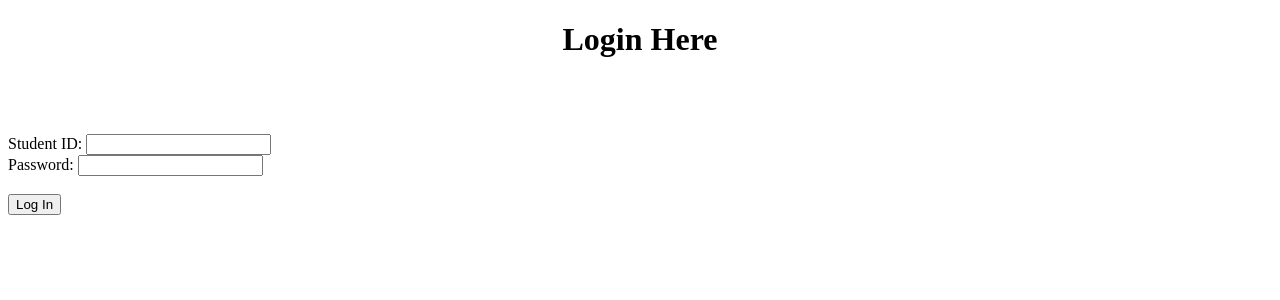
Repository: weshayutin/java258Online
Page: http://localhost/Week5Assignment2/ValidateUser.do
These files come from the project's save history. The page is drawn as it stood at one moment and after the next save; the edit follows.
The browser window is 1280 px wide. The pictures show the whole page.
The page is served by Tomcat 9. Other server files are loaded and not shown.

Above is the page before, as saved 2011-02-16 01:53:15.

### workspace/Week5Assignment2/WebContent/login.jsp
<%@ page import ="java.util.*" language="java" contentType="text/html; charset=UTF-8"
    pageEncoding="UTF-8"%>
<!DOCTYPE html PUBLIC "-//W3C//DTD HTML 4.01 Transitional//EN" "http://www.w3.org/TR/html4/loose.dtd">
<html>
<head>
<meta http-equiv="Content-Type" content="text/html; charset=UTF-8">
<title>Login Here</title>
</head>
<body>
<%
	String message = (String)request.getAttribute("message");
    if(message == null){
    }
    else{
		out.println("<br><b>"+message+"</b><br>");
    }

    String myRefferingPage = (String)session.getAttribute("page");
    if(myRefferingPage == null){
    }
    else{
		out.println("<br><b>"+myRefferingPage+"</b><br>");
		response.addHeader("page",myRefferingPage);
    }


%>

<%
out.println("<h1 align=center> Login Here</h1>");
out.println("<br><br><br>");
out.println("<form action="+myRefferingPage+" method=POST>");
%>


<form action="ValidateUser.do" method="POST">
	Student ID: <input type="text" name="name"/><br>
	Password: <input type="password" name="password"/><br/><br/>

	 <input type="SUBMIT" value="Log In"/>
</form>
</body>
</html>

### workspace/Week5Assignment2/src/com/waketech/web/UserValidate.java
package com.waketech.web;

import java.io.IOException;
import java.net.URL;

import javax.servlet.RequestDispatcher;
import javax.servlet.ServletException;
import javax.servlet.http.Cookie;
import javax.servlet.http.HttpServlet;
import javax.servlet.http.HttpServletRequest;
import javax.servlet.http.HttpServletResponse;
import javax.servlet.http.HttpSession;

import com.waketech.schedule.College;
import com.waketech.schedule.FetchSchedule;
import com.waketech.schedule.UserTable;
import com.waketech.schedule.VerifyCookies;

/**
 * Servlet implementation class UserValidate
 */
public class UserValidate extends HttpServlet {
	private static final long serialVersionUID = 1L;

    /**
     * @see HttpServlet#HttpServlet()
     */
    public UserValidate() {
        super();
        // TODO Auto-generated constructor stub
    }

	/**
	 * @see HttpServlet#doGet(HttpServletRequest request, HttpServletResponse response)
	 */
	protected void doGet(HttpServletRequest request, HttpServletResponse response) throws ServletException, IOException {
		String uri = request.getRequestURI();
		System.out.println("requestURI =" +uri);

		HttpSession session = request.getSession();
		String username = (String) session.getAttribute("username");
		if(username == null){
			RequestDispatcher view =    request.getRequestDispatcher("login.jsp");
			view.forward(request,response);
		}
	}

	/**
	 * @see HttpServlet#doPost(HttpServletRequest request, HttpServletResponse response)
	 */
	protected void doPost(HttpServletRequest request, HttpServletResponse response) throws ServletException, IOException {
		HttpSession session = request.getSession();
		Cookie cookie;
		String myPage = request.getParameter("mypage");
		System.out.println("myPage ="+myPage);

		String url =  new URL(request.getHeader("Referer")).getPath();
		System.out.println("url ="+url);
		String[] referer = url.split("/",-1);
		System.out.println("Referer ="+referer[2]);




		String name = request.getParameter("name");
		String password = request.getParameter("password");
		UserTable ut = new UserTable();
		String[][] result = null;

		VerifyCookies verify = new VerifyCookies();
		Cookie[] cookies = request.getCookies();
		String cn = verify.verifyThisCookie(cookies, session);
		System.out.println("cn ="+cn);

		try{
			System.out.println("session creation time="+session.getCreationTime());
			System.out.println("session page ="+session.getAttribute("page"));
		}
		catch(NullPointerException npe){
			System.out.println("session is new");
		}


		Cookie authenticated = ut.authenticateStudenID(name, password);
		if((authenticated == null)){
			System.out.println("LOGIN PAGE");
			//response.addHeader("message", "Login Failed");
			//response.setHeader("message2", "Login Failed2");
			request.setAttribute("message", "Login Failed");
			RequestDispatcher view =    request.getRequestDispatcher("login.jsp");
			view.forward(request,response);
			session.setAttribute("page", myPage);
		}

		else{
			//trying out plain sessions and cookies here
			System.out.println("session page = "+ session.getAttribute("page"));
			session.setAttribute("sessionname", name);

			cookie = new Cookie("cookiename",name);
			response.addCookie(authenticated);
			response.addCookie(cookie);

			if(session.getAttribute("page").equals("schedule")){
				FetchSchedule studentSchedule = new FetchSchedule();
				result = studentSchedule.getSchedule(name);
				College myCollege = (College)getServletContext().getAttribute("college");
				request.setAttribute("college", myCollege);
				String lastAddDate = getServletConfig().getInitParameter("lastAddDate");
				request.setAttribute("lastAddDate", lastAddDate);
				request.setAttribute("styles", result);
				RequestDispatcher view =    request.getRequestDispatcher("result.jsp");
				view.forward(request,response);
			}
			else if(session.getAttribute("page").equals("classcriteria")){
				RequestDispatcher view =    request.getRequestDispatcher("classcriteria.jsp");
				view.forward(request,response);
			}
			else if(session.getAttribute("page").equals("classdisplay")){
				RequestDispatcher view =    request.getRequestDispatcher("classdisplay.jsp");
				view.forward(request,response);
			}
			else{
				RequestDispatcher view =    request.getRequestDispatcher("menu.jsp");
				view.forward(request,response);
			}

		}


	}


	 protected void login(java.io.PrintWriter out, String uri) throws java.io.IOException {
		    out.println("<html>");
		    out.println("<head>");
		    out.println("<title>Login</title>");
		    out.println("<center><h2>Welcome! Please login</h2>");
		    out.println("<br><form method=POST action=\"" + uri + "\">");
		    out.println("<table>");
		    out.println("<tr><td>User ID:</td>");
		    out.println("<td><input type=text name=username size=30></td></tr>");
		    out.println("<tr><td>Password:</td>");
		    out.println("<td><input type=password name=password size=10></td></tr>");
		    out.println("</table><br>");
		    out.println("<input type=submit value=\"Login\">");
		    out.println("</form></center></body></html>");
		  }

}

After the next save:
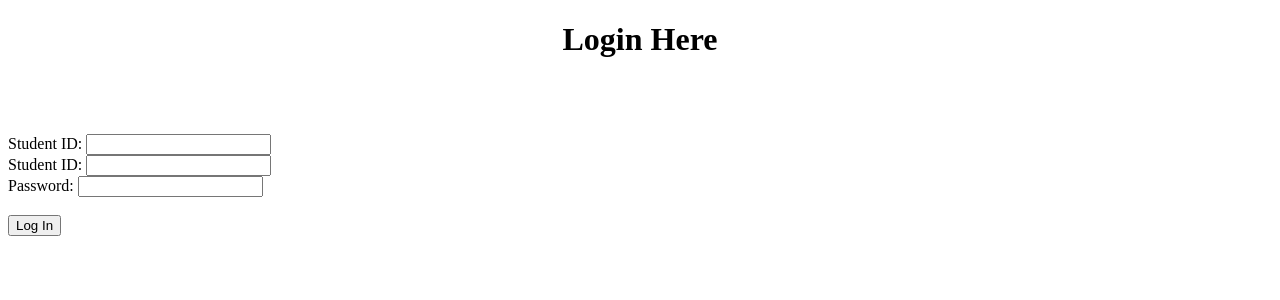
Saved 46 s later.
--- a/workspace/Week5Assignment2/WebContent/login.jsp
+++ b/workspace/Week5Assignment2/WebContent/login.jsp
@@ -30,10 +30,9 @@
 out.println("<h1 align=center> Login Here</h1>");
 out.println("<br><br><br>");
 out.println("<form action="+myRefferingPage+" method=POST>");
+out.println("Student ID: <input type=text name=name/><br>");
 %>
 
-
-<form action="ValidateUser.do" method="POST">
 	Student ID: <input type="text" name="name"/><br>
 	Password: <input type="password" name="password"/><br/><br/>
 
